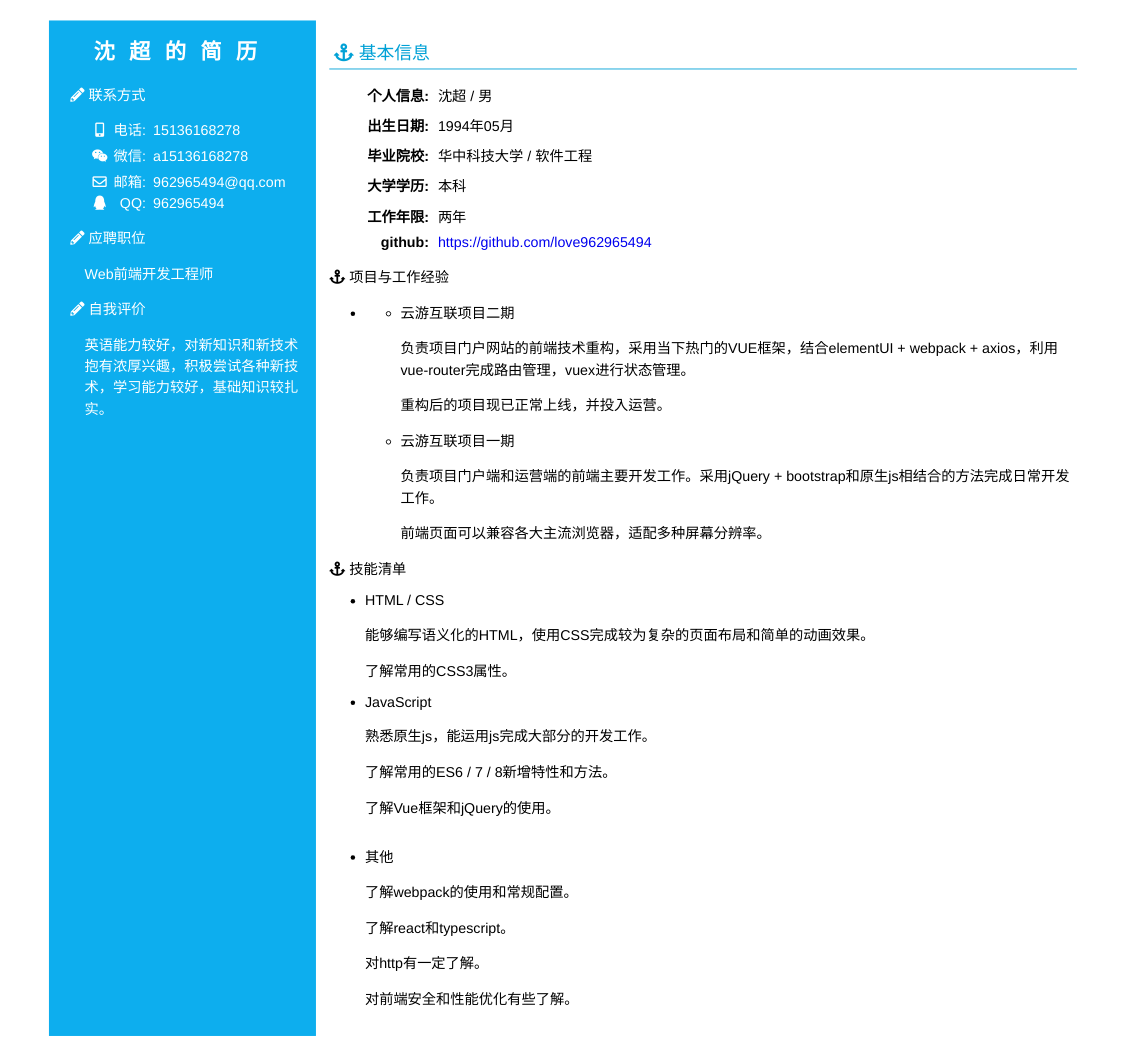
Repository: love962965494/my-resume
Page: index.html
These files come from the project's save history. The page is drawn as it stood at one moment and after the next save; the edit follows.
The browser window is 1280 px wide. The pictures show the whole page, at 89% of full size.
Some web libraries are served in a nearby version. The style sheet was rebuilt from its Sass, Less or Tailwind sources for each picture, by a compiler version that may differ from the author's.

Above is the page before, as saved 2018-09-02 18:01:22.

### index.html
<!DOCTYPE html>
<html lang="en">

<head>
  <meta charset="UTF-8">
  <meta name="viewport" content="width=device-width, initial-scale=1.0">
  <meta http-equiv="X-UA-Compatible" content="ie=edge">
  <title>沈超的简历</title>
  <link rel="stylesheet" href="https://use.fontawesome.com/releases/v5.0.10/css/all.css" integrity="sha384-+d0P83n9kaQMCwj8F4RJB66tzIwOKmrdb46+porD/OvrJ+37WqIM7UoBtwHO6Nlg"
    crossorigin="anonymous">
  <link rel="stylesheet" href="./styles/myResume.css">
</head>

<body>
  <div id="container" class="container">
    <!-- 左边栏 -->
    <aside class="content__left">
      <!-- 头像区域 -->
      <div class="content__left--title">
        <h1>沈超的简历</h1>
      </div>

      <!-- 联系方式区域 -->
      <div class="content__left--contact">
        <div class="title">
          <i class="fas fa-pencil-alt"></i>
          <span>联系方式</span>
        </div>
        <ul class="list">
          <li>
            <span>
              <i class="fas fa-mobile-alt"></i>
            </span>
            <span>电话:</span>
            <span>15136168278</span>
          </li>
          <li>
            <span>
              <i class="fab fa-weixin"></i>
            </span>
            <span>微信:</span>
            <span>a15136168278</span>
          </li>
          <li>
            <span>
              <i class="far fa-envelope"></i>
            </span>
            <span>邮箱:</span>
            <span>962965494@qq.com</span>
          </li>
          <li>
            <span>
              <i class="fab fa-qq"></i>
            </span>
            <span>QQ:</span>
            <span>962965494</span>
          </li>
        </ul>
      </div>

      <!-- 应聘职位区域 -->
      <div class="content__left--application">
        <span class="title">
          <i class="fas fa-pencil-alt"></i>
          <span>应聘职位</span>
        </span>
        <p class="job">Web前端开发工程师</p>
      </div>

      <!-- 个人评价区域 -->
      <div class="content__left--evaluation">
        <span class="title">
          <i class="fas fa-pencil-alt"></i>
          <span>自我评价</span>
        </span>
        <p class="evaluate">英语能力较好，对新知识和新技术抱有浓厚兴趣，积极尝试各种新技术，学习能力较好，基础知识较扎实。</p>
      </div>
    </aside>

    <!-- 右边栏 -->
    <div class="content__right">
      <!-- 基本信息 -->
      <div class="content__right--basic">
        <div class="header">
          <i class="fas fa-anchor"></i>
          <span>基本信息</span>
        </div>
        <ul class="list">
          <li>
            <span>个人信息:</span>
            <span>沈超 / 男</span>
          </li>
          <li>
            <span>出生日期:</span>
            <span>1994年05月</span>
          </li>
          <li>
            <span>毕业院校:</span>
            <span>华中科技大学 / 软件工程</span>
          </li>
          <li>
            <span>大学学历:</span>
            <span>本科</span>
          </li>
          <li>
            <span>工作年限:</span>
            <span>两年</span>
          </li>
          <li>
            <span>github:</span>
            <span><a href="https://github.com/love962965494" target="_blank">https://github.com/love962965494</a></span>
          </li>
        </ul>
      </div>

      <!-- 项目经验 -->
      <div class="experience-info info">
        <div class="header">
          <i class="fas fa-anchor"></i>
          <span>项目与工作经验</span>
        </div>
        <div class="content">
          <ul>
            <li>
              <div class="company-info"></div>
              <ul class="work-experience-list">
                <li>
                  <div class="work-name circle">云游互联项目二期</div>
                  <div class="work-info">
                    <p>负责项目门户网站的前端技术重构，采用当下热门的VUE框架，结合elementUI + webpack + axios，利用vue-router完成路由管理，vuex进行状态管理。</p>
                    <p>重构后的项目现已正常上线，并投入运营。</p>
                  </div>
                  <div class="work-picture"></div>
                </li>
                <li style="padding-top: 0">
                  <div class="work-name circle">云游互联项目一期</div>
                  <div class="work-info">
                    <p>负责项目门户端和运营端的前端主要开发工作。采用jQuery + bootstrap和原生js相结合的方法完成日常开发工作。</p>
                    <p>前端页面可以兼容各大主流浏览器，适配多种屏幕分辨率。</p>
                  </div>
                  <div class="work-picture"></div>
                </li>
              </ul>
            </li>
            </li>
          </ul>
        </div>
      </div>

      <!-- 技能清单 -->
      <div class="skill-info info">
        <div class="header">
          <i class="fas fa-anchor"></i>
          <span>技能清单</span>
        </div>
        <div class="content">
          <ul class="skill-list">
            <li>
              <div class="skill-name circle">HTML / CSS</div>
              <div class="skill-info">
                <p>能够编写语义化的HTML，使用CSS完成较为复杂的页面布局和简单的动画效果。</p>
                <p>了解常用的CSS3属性。</p>
              </div>
            </li>
            <li>
              <div class="skill-name circle">JavaScript</div>
              <div class="skill-info">
                <p>熟悉原生js，能运用js完成大部分的开发工作。</p>
                <p>了解常用的ES6 / 7 / 8新增特性和方法。</p>
                <p>了解Vue框架和jQuery的使用。</p>
              </div>
            </li>
            <li style="border-top: 15px solid transparent;">
              <div class="skill-name circle">其他</div>
              <div class="skill-info">
                <p>了解webpack的使用和常规配置。</p>
                <p>了解react和typescript。</p>
                <p>对http有一定了解。</p>
                <p>对前端安全和性能优化有些了解。</p>
              </div>
            </li>
          </ul>
        </div>
      </div>
    </div>
  </div>
</body>

</html>

### styles/myResume.scss
@mixin text-center {
  text-align: center;
}

@mixin row {
  grid-column: 1 / span 12;
}

@media (min-width: 992px) {
  .container {
    width: 970px;
  }
}

@media (min-width: 1200px) {
  .container {
    width: 1170px;
  }
}

html {
  font-size: 16px;
}

a,
a:hover,
a:visited {
  text-decoration: none;
}

.container {
  display: grid;
  grid-template-columns: minmax(200px, 300px) 1fr;
  padding: 15px;
  margin: auto;
  font-family: "Helvetica Neue",Helvetica,"PingFang SC","Hiragino Sans GB","Microsoft YaHei","微软雅黑",Arial,sans-serif;
}

/* ----------------------------- 左边栏 ----------------------------- */
.content__left {
  display: grid;
  grid-template-columns: repeat(12, 1fr);
  grid-template-rows: repeat(4, min-content);
  background-color: #0daeee;
  color: #fff;

  &--title {
    @include row;
    @include text-center;
    margin: 15px 0 20px;

    & > h1 {
      margin: 0;
      white-space: nowrap;
      letter-spacing: 1rem;
    }
  }

  @mixin title {
    padding-left: 1.5rem;
  }

  &--contact {
    @include row();

    & > .title {
      @include title;
    }

    & > .list {
      list-style: none;

      & > li {
        display: grid;
        grid-template-columns: 1.5rem 3rem 1fr;
        align-items: baseline;
        margin: 5px;

        & > span:nth-of-type(1) {
          text-align: center;
        }

        & > span:nth-of-type(2) {
          text-align: right;
          padding-right: .5rem;
        }
      }
    }
  }

  &--application {
    @include row();

    & > .title {
      @include title;
    }

    & > .job {
      padding-left: 40px;
    }
  }

  &--evaluation {
    @include row();

    & > .title {
      @include title;
    }

    & > .evaluate {
      padding-left: 40px;
      padding-right: 1rem;
    }
  }
}

/* ----------------------------- 右边栏 ----------------------------- */
.content__right {
  padding: 15px;

  @mixin header {
    padding: 5px;
    border-bottom: 1px solid currentColor;
    color: #00A1D6;
    font-size: 20px;
  }

  &--basic {
    & > .header {
      @include header;
    }

    & > .list {
      list-style: none;
      padding: 0;

      & > li {
        margin: 10px 2rem;
        display: grid;
        grid-template-columns: 5rem 1fr;
        grid-column-gap: 10px;

        & > span:nth-of-type(1) {
          font-weight: 600;
          text-align: right;
          white-space: nowrap;
        }
      }
    }
  }
}

After the next save:
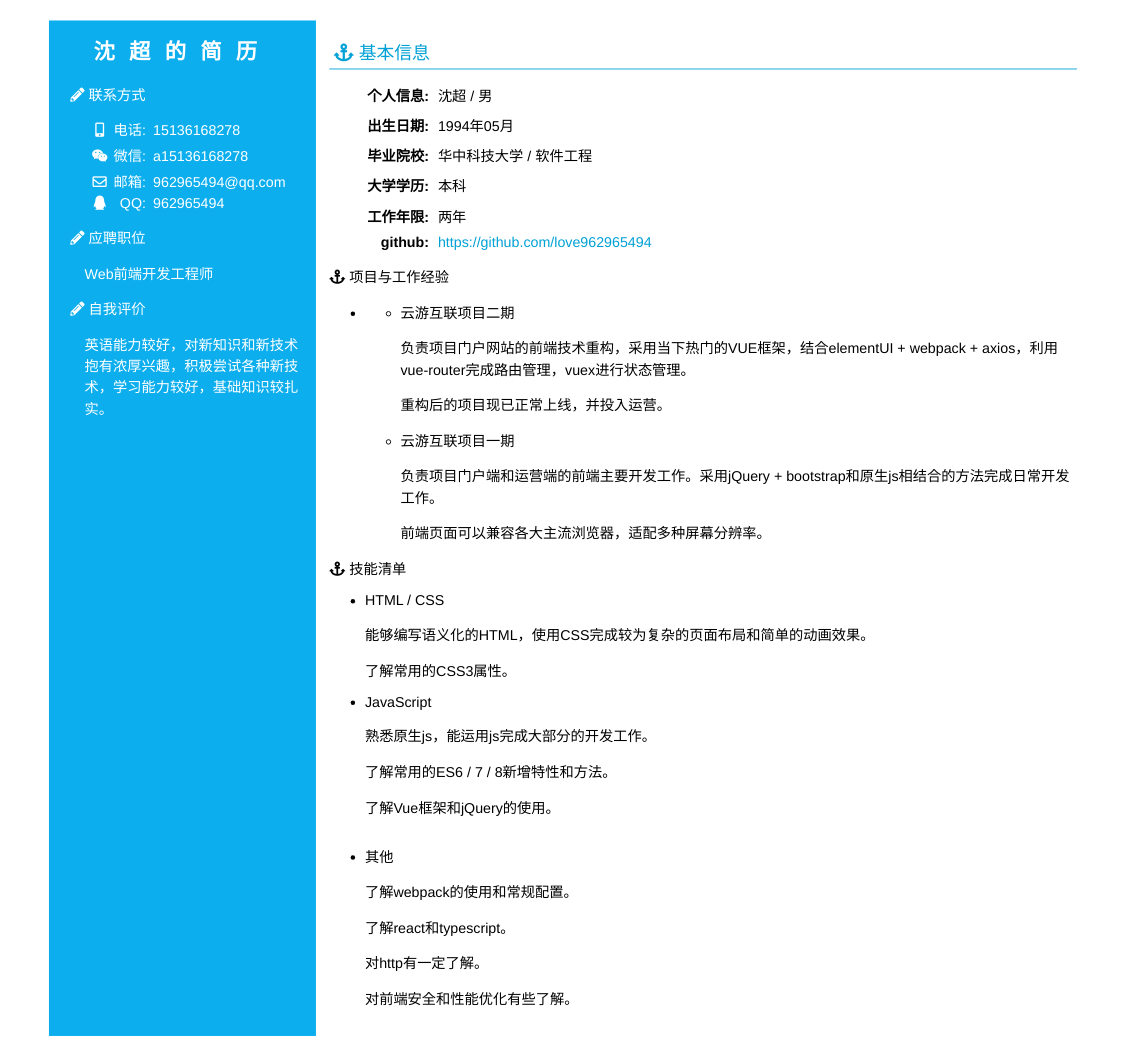
Saved 22 s later.
--- a/styles/myResume.scss
+++ b/styles/myResume.scss
@@ -25,6 +25,7 @@
 a,
 a:hover,
 a:visited {
+  color: #00A1D6;
   text-decoration: none;
 }
 
